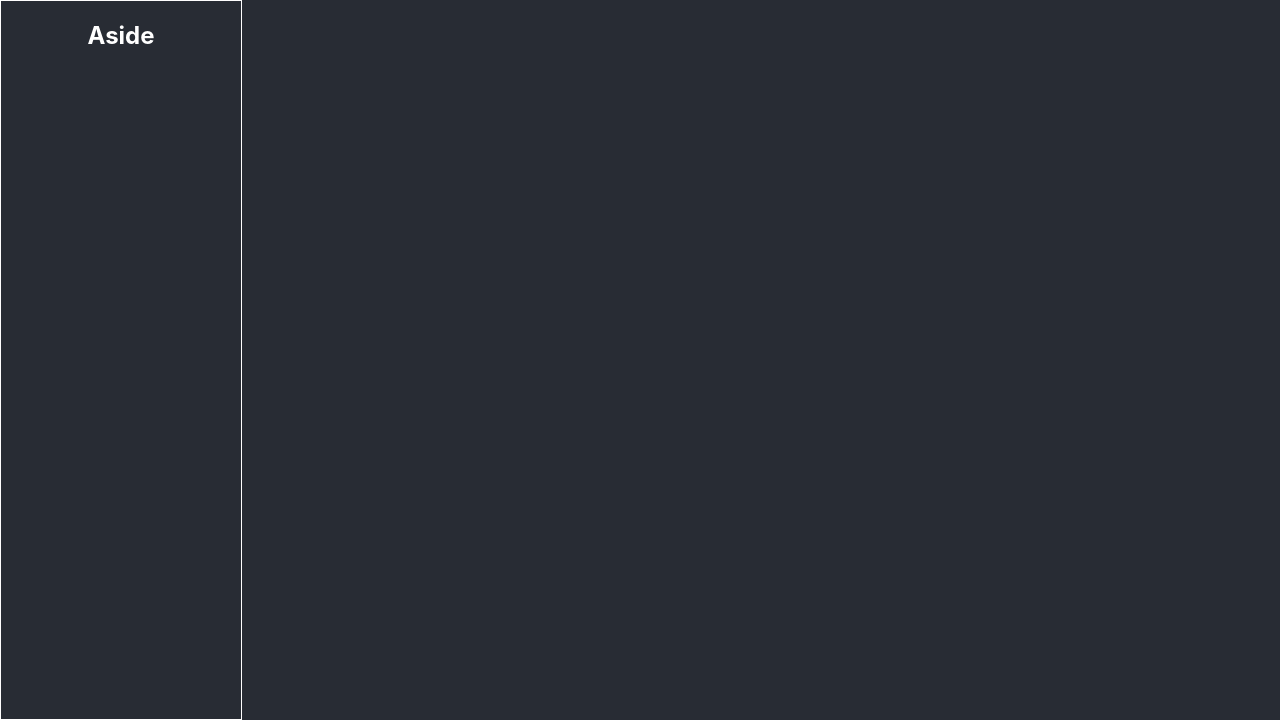
Repository: lancenigel/ChatGPT-Clone
Page: / (app in client/)
The author's editor kept a copy of each file at every save. The page is drawn from the files as they stood at one save, then again after the next save.
The browser window is 1280 px wide. The pictures show the whole page.
The project was rebuilt for these pictures with package versions that can differ from the ones it lists, and the page was loaded fresh each time.

Above is the page before, as saved 2024-02-04 00:08:06.

### client/src/App.js
import logo from "./logo.svg";
import "./App.css";

function App() {
  return (
    <div className="App">
      <aside className="sidemenu">
        <h1>Aside</h1>
      </aside>
      <section className="chatbox"></section>
    </div>
  );
}

export default App;

### client/src/App.css
.App {
  text-align: center;
  display: flex;
  background-color: #282c34;
  color: white;
  position: absolute;
  top:0;bottom:0;right:0;left:0;
}

.chatbox {

}

.sidemenu {
  width: 240px;
  border: 1px solid white;
}

.App-logo {
  height: 40vmin;
  pointer-events: none;
}

@media (prefers-reduced-motion: no-preference) {
  .App-logo {
    animation: App-logo-spin infinite 20s linear;
  }
}

.App-header {
  background-color: #282c34;
  min-height: 100vh;
  display: flex;
  flex-direction: column;
  align-items: center;
  justify-content: center;
  font-size: calc(10px + 2vmin);
  color: white;
}

.App-link {
  color: #61dafb;
}


@keyframes App-logo-spin {
  from {
    transform: rotate(0deg);
  }
  to {
    transform: rotate(360deg);
  }
}

Loaded but not shown: client/public/index.html (common file); client/src/index.js (common file); client/src/index.css (common file); client/src/reportWebVitals.js (common file)

After the next save:
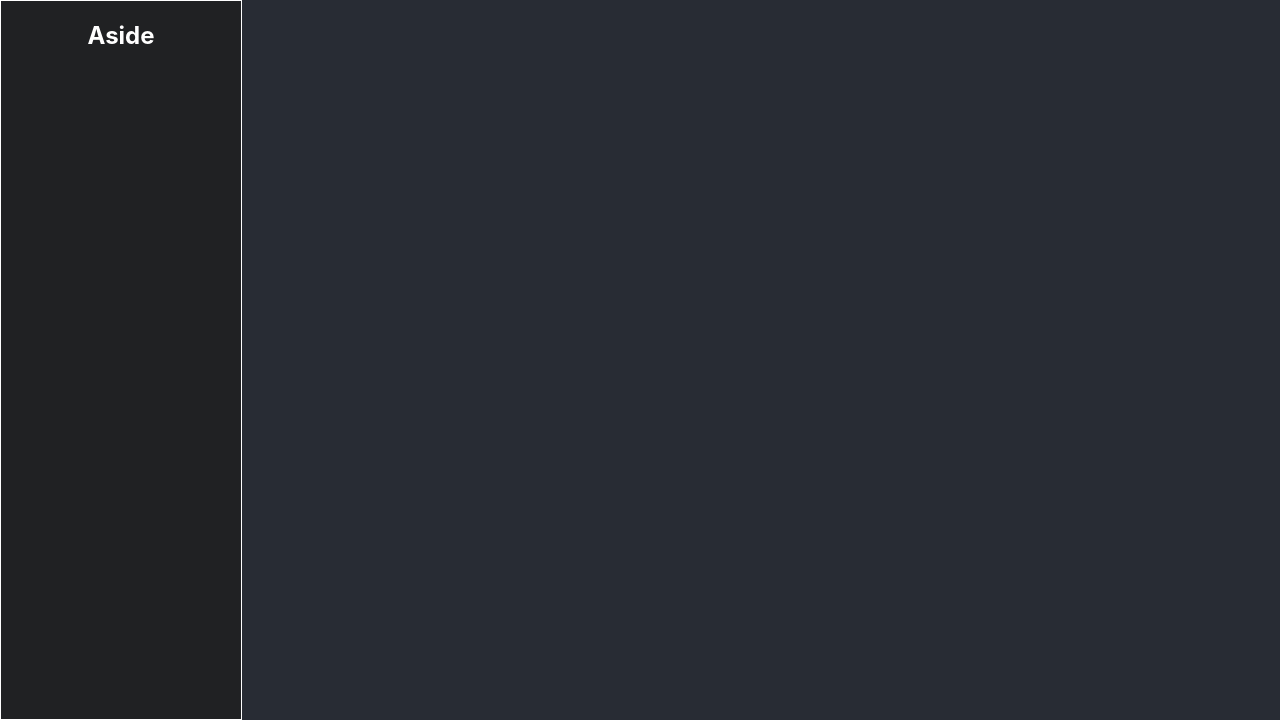
Saved 21 s later.
--- a/client/src/App.css
+++ b/client/src/App.css
@@ -14,6 +14,7 @@
 .sidemenu {
   width: 240px;
   border: 1px solid white;
+  background-color: #202123;
 }
 
 .App-logo {
